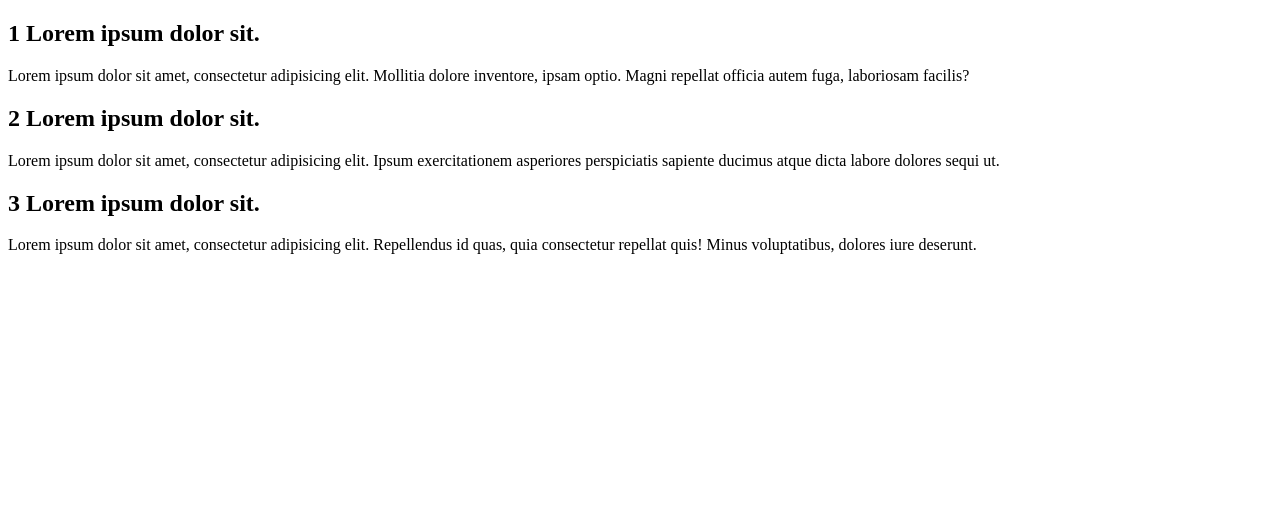
Repository: arcyksionze/zatoka-kamieni
Page: slajder.html
The author's editor kept a copy of each file at every save. The page is drawn from the files as they stood at one save, then again after the next save.
The browser window is 1280 px wide. The pictures show the whole page.

Above is the page before, as saved 2021-04-14 00:03:33.

### slajder.html
<!DOCTYPE html>
<html lang="en">

<head>
  <meta charset="UTF-8">
  <meta http-equiv="X-UA-Compatible" content="IE=edge">
  <meta name="viewport" content="width=device-width, initial-scale=1.0">
  <link rel="stylesheet" href="slajder.css">
  <script src="slajder.js" async></script>
  <title>Slajder</title>
</head>

<body>

  <div class="elements-list" id="slider1">
    <article class="element slider-slide-active">
      <h2 class="element-title">
        1 Lorem ipsum dolor sit.
      </h2>
      <div class="element-text">
        Lorem ipsum dolor sit amet, consectetur adipisicing elit. Mollitia dolore inventore, ipsam optio. Magni repellat
        officia autem fuga, laboriosam facilis?
      </div>
    </article>

    <article class="element">
      <h2 class="element-title">
        2 Lorem ipsum dolor sit.
      </h2>
      <div class="element-text">
        Lorem ipsum dolor sit amet, consectetur adipisicing elit. Ipsum exercitationem asperiores perspiciatis sapiente
        ducimus atque dicta labore dolores sequi ut.
      </div>
    </article>

    <article class="element">
      <h2 class="element-title">
        3 Lorem ipsum dolor sit.
      </h2>
      <div class="element-text">
        Lorem ipsum dolor sit amet, consectetur adipisicing elit. Repellendus id quas, quia consectetur repellat quis!
        Minus voluptatibus, dolores iure deserunt.
      </div>
    </article>

  </div>



</body>

</html>

### slajder.css

/* ----- slider ---- */
.slider {
  position: relative;
  background: #eee;
  background-size: cover;
  background-position: center center;
  display: grid;
  grid-template-columns: 4rem 1fr 4rem;
  grid-template-rows: 1fr;
  height: 700px;
}
.slider-slides-cnt {
  grid-column: 1 / -1;
  grid-row: 1 / -1;
  display: grid;
  grid-template-columns: 1fr;
  grid-template-rows: 1fr;
}
.slider-slide {
  grid-column: 1 / 2;
  grid-row: 1 / 2;
  display: flex;
  justify-content: center;
  align-items: center;
  flex-direction: column;
  opacity:0;
  z-index: 0;
}
.slider-slide-active {
  opacity: 1;
  z-index: 1;
}

.slider .element-title {
  color:#fff;
  font-family: sans-serif;
  position: relative;
  left:-3rem;
  opacity:0;
  font-size:6rem;
  text-transform: uppercase;
  font-weight: normal;
  margin-top:0;
  text-align: center;
  font-family: 'Roboto Condensed', sans-serif;
}
.slider .element-text {
  color:#fff;
  position: relative;
  left:-3rem;
  opacity:0;
  font-size:1.5rem;
  color:rgba(255,255,255,.6);
  padding-left:4rem;
  padding-right:4rem;
  text-align: center;
  font-family: serif;
  font-style: italic;
  max-width:60%;
}

/* animacja */
.slider-slide {
  opacity: 0;
  transition:0.4s all;
}
.slider-slide-active {
  opacity: 1;
}
.slider .element-title {
  left:-3rem;
  opacity:0;
  transition: 2s left, 2s opacity;
}
.slider .element-text {
  left:-3rem;
  opacity:0;
  transition: 2s 1s left, 2s 1s opacity;
}
.slider-slide-active .element-title {
  left:0;
  opacity:1;
}
.slider-slide-active .element-text {
  left:0;
  opacity:1;
}

/* przyciski poprzedni/następny */
.slider-nav {
  grid-column: 1 / -1;
  grid-row: 1 / -1;
  display: grid;
  grid-template-columns: 4rem 1fr 4rem;
  grid-template-rows: 1fr;
}
.slider-button-prev,
.slider-button-next {
  grid-column: 1 / 2;
  grid-row: 1 / 2;
  cursor: pointer;
  z-index: 2;
  background: rgba(0,0,0,0.1);
  border:0;
  text-indent:-999px;
  overflow:hidden;
  position: relative;
  z-index: 1;
}
.slider-button-next {
  grid-column: -1 / -2;
}
.slider-button-prev:focus,
.slider-button-next:focus {
  outline: none;
}
.slider-button-prev:before,
.slider-button-next:before {
  content:'<';
  display: flex;
  justify-content: center;
  align-items: center;
  position: absolute;
  left:0;
  top:0;
  width:100%;
  height:100%;
  font-size:2rem;
  color:#fff;
  text-indent: 0;
}
.slider-button-next:before {
  content: '>';
}

/* stronicowanie */
.slider-pagination {
  z-index: 2;
  position: absolute;
  left:0;
  bottom:1rem;
  margin:0;
  padding:0;
  width:100%;
  display: flex;
  justify-content: center;
  list-style:none;
}
.slider-pagination-element {
}

.slider-pagination-button {
  background: transparent;
  width:2rem;
  height:2rem;
  border:0;
  text-indent:-999px;
  overflow: hidden;
  cursor: pointer;
  position: relative;
}
.slider-pagination-button:before {
  content:'';
  position: absolute;
  left:50%;
  top:50%;
  transform:translate(-50%, -50%);
  background: transparent;
  width:0.9rem;
  height:0.9rem;
  border-radius: 50%;
  transition:0.5s all;
  box-shadow:inset 0 0 0 2px rgba(255,255,255,0.5);
}
.slider-pagination-element-active .slider-pagination-button:before {
  background: #fff;
  transform:translate(-50%, -50%) scale(1.2);
}
.slider-pagination-button:focus {
  outline: none;
}

### slajder.js
class Slider {
  constructor(elemSelector) {
      this.currentSlide = 0; //aktualny slide
      this.sliderSelector = elemSelector; //selektor elementu który zamienimy na slider
      this.elem = null; //tutaj pobierzemy element który zamienimy na slider
      this.slider = null; //tutaj wygenerujemy slider
      this.slides = null; //tutaj pobierzemy slajdy
      this.prev = null; //przycisk prev
      this.next = null; //przycisk next
      this.dots = []; //przyciski kropek
      this.generateSlider();
  }

  generateSlider() {
    //pobieramy element który zamienimy na slider
    this.slider = document.querySelector(this.sliderSelector);
    this.slider.classList.add("slider");

    //tworzymy kontener dla slajdów
    const slidesCnt = document.createElement("div");
    slidesCnt.classList.add("slider-slides-cnt");

    //pobieramy element slajdów
    this.slides = this.slider.children;

    //to jest żywa kolekcja, więc przy przeniesieniu każdego slajda
    //jej długość maleje
    while (this.slides.length) {
        this.slides[0].classList.add("slider-slide");
        //jeżeli element appendujemy do innego elementu
        //to tak jakbyśmy go usuwali z tej kolekcji
        //bo jeden element nie może być równocześnie w 2 miejscach
        slidesCnt.append(this.slides[0]);
    }

    //musimy na nowo pobrać slajdy, bo powyższa kolekcja jest już pusta
    this.slides = slidesCnt.querySelectorAll(".slider-slide");

    //wygenerowaliśmy kontener ze slajdami, wstawiamy go więc do slidera
    this.slider.append(slidesCnt);
}

createPrevNext() {
  //generujemy przycisk "Poprzedni slajd"
  this.prev = document.createElement("button");
  this.prev.type = "button";
  this.prev.innerText = "Poprzedni slide";
  this.prev.classList.add("slider-button");
  this.prev.classList.add("slider-button-prev");
  this.prev.addEventListener("click", this.slidePrev.bind(this));

  //generujemy przycisk "Następny slajd"
  this.next = document.createElement("button");
  this.next.type = "button";
  this.next.innerText = "Następny slide";
  this.next.classList.add("slider-button");
  this.next.classList.add("slider-button-next");
  this.next.addEventListener("click", this.slideNext.bind(this));

  //wrzucamy je do wspólnego diva
  //który dam nam ciut większe możliwości stylowania
  const nav = document.createElement("div");
  nav.classList.add("slider-nav");
  nav.setAttribute("aria-label", "Slider prev next");
  nav.appendChild(this.prev);
  nav.appendChild(this.next);

  //diva z przyciskami wrzucamy do slajdu
  this.slider.appendChild(nav);
}


}

After the next save:
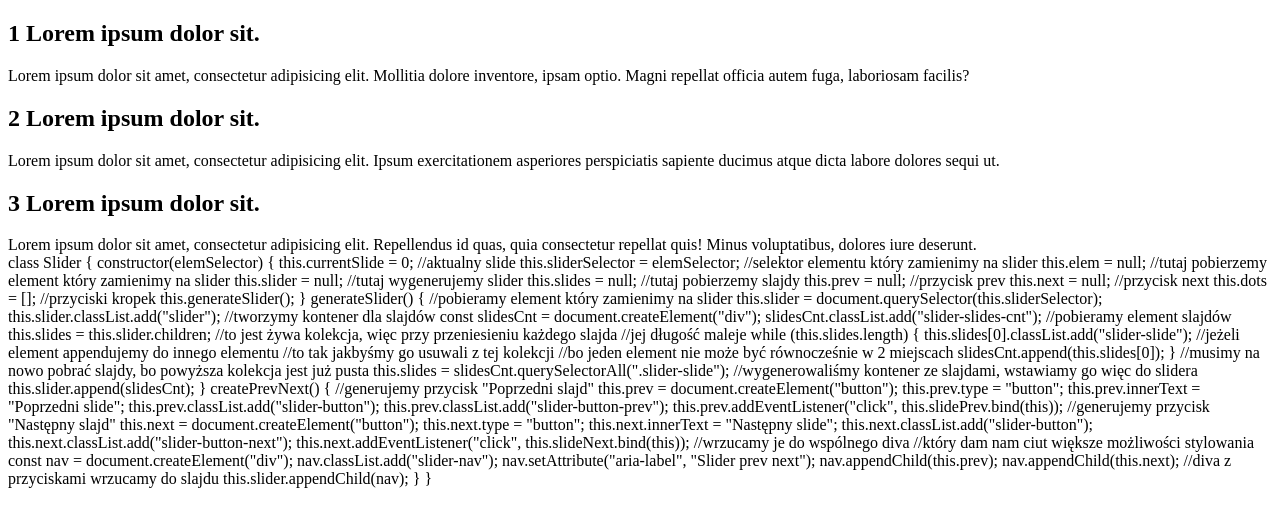
Saved 6 s later.
--- a/slajder.html
+++ b/slajder.html
@@ -45,7 +45,79 @@
 
   </div>
 
+  class Slider {
+    constructor(elemSelector) {
+        this.currentSlide = 0; //aktualny slide
+        this.sliderSelector = elemSelector; //selektor elementu który zamienimy na slider
+        this.elem = null; //tutaj pobierzemy element który zamienimy na slider
+        this.slider = null; //tutaj wygenerujemy slider
+        this.slides = null; //tutaj pobierzemy slajdy
+        this.prev = null; //przycisk prev
+        this.next = null; //przycisk next
+        this.dots = []; //przyciski kropek
+        this.generateSlider();
+    }
 
+    generateSlider() {
+      //pobieramy element który zamienimy na slider
+      this.slider = document.querySelector(this.sliderSelector);
+      this.slider.classList.add("slider");
+
+      //tworzymy kontener dla slajdów
+      const slidesCnt = document.createElement("div");
+      slidesCnt.classList.add("slider-slides-cnt");
+
+      //pobieramy element slajdów
+      this.slides = this.slider.children;
+
+      //to jest żywa kolekcja, więc przy przeniesieniu każdego slajda
+      //jej długość maleje
+      while (this.slides.length) {
+          this.slides[0].classList.add("slider-slide");
+          //jeżeli element appendujemy do innego elementu
+          //to tak jakbyśmy go usuwali z tej kolekcji
+          //bo jeden element nie może być równocześnie w 2 miejscach
+          slidesCnt.append(this.slides[0]);
+      }
+
+      //musimy na nowo pobrać slajdy, bo powyższa kolekcja jest już pusta
+      this.slides = slidesCnt.querySelectorAll(".slider-slide");
+
+      //wygenerowaliśmy kontener ze slajdami, wstawiamy go więc do slidera
+      this.slider.append(slidesCnt);
+  }
+
+  createPrevNext() {
+    //generujemy przycisk "Poprzedni slajd"
+    this.prev = document.createElement("button");
+    this.prev.type = "button";
+    this.prev.innerText = "Poprzedni slide";
+    this.prev.classList.add("slider-button");
+    this.prev.classList.add("slider-button-prev");
+    this.prev.addEventListener("click", this.slidePrev.bind(this));
+
+    //generujemy przycisk "Następny slajd"
+    this.next = document.createElement("button");
+    this.next.type = "button";
+    this.next.innerText = "Następny slide";
+    this.next.classList.add("slider-button");
+    this.next.classList.add("slider-button-next");
+    this.next.addEventListener("click", this.slideNext.bind(this));
+
+    //wrzucamy je do wspólnego diva
+    //który dam nam ciut większe możliwości stylowania
+    const nav = document.createElement("div");
+    nav.classList.add("slider-nav");
+    nav.setAttribute("aria-label", "Slider prev next");
+    nav.appendChild(this.prev);
+    nav.appendChild(this.next);
+
+    //diva z przyciskami wrzucamy do slajdu
+    this.slider.appendChild(nav);
+  }
+
+
+  }
 
 </body>
 

After the 2 saves that followed:
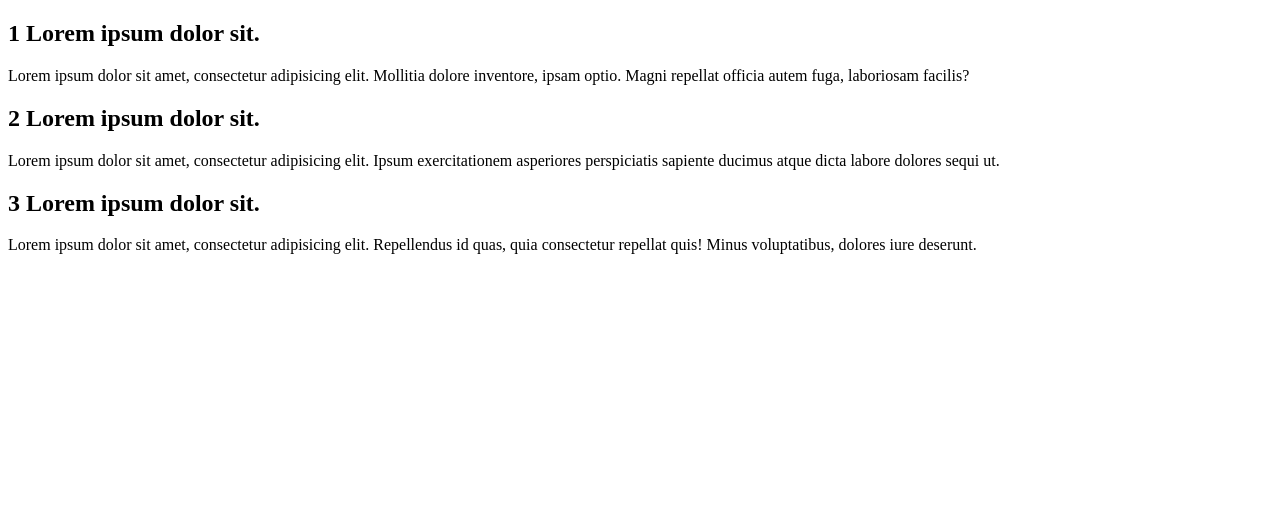
The 2 saves are shown as one change because they came seconds apart.
The last was saved 24 s later.
--- a/slajder.html
+++ b/slajder.html
@@ -45,79 +45,7 @@
 
   </div>
 
-  class Slider {
-    constructor(elemSelector) {
-        this.currentSlide = 0; //aktualny slide
-        this.sliderSelector = elemSelector; //selektor elementu który zamienimy na slider
-        this.elem = null; //tutaj pobierzemy element który zamienimy na slider
-        this.slider = null; //tutaj wygenerujemy slider
-        this.slides = null; //tutaj pobierzemy slajdy
-        this.prev = null; //przycisk prev
-        this.next = null; //przycisk next
-        this.dots = []; //przyciski kropek
-        this.generateSlider();
-    }
 
-    generateSlider() {
-      //pobieramy element który zamienimy na slider
-      this.slider = document.querySelector(this.sliderSelector);
-      this.slider.classList.add("slider");
-
-      //tworzymy kontener dla slajdów
-      const slidesCnt = document.createElement("div");
-      slidesCnt.classList.add("slider-slides-cnt");
-
-      //pobieramy element slajdów
-      this.slides = this.slider.children;
-
-      //to jest żywa kolekcja, więc przy przeniesieniu każdego slajda
-      //jej długość maleje
-      while (this.slides.length) {
-          this.slides[0].classList.add("slider-slide");
-          //jeżeli element appendujemy do innego elementu
-          //to tak jakbyśmy go usuwali z tej kolekcji
-          //bo jeden element nie może być równocześnie w 2 miejscach
-          slidesCnt.append(this.slides[0]);
-      }
-
-      //musimy na nowo pobrać slajdy, bo powyższa kolekcja jest już pusta
-      this.slides = slidesCnt.querySelectorAll(".slider-slide");
-
-      //wygenerowaliśmy kontener ze slajdami, wstawiamy go więc do slidera
-      this.slider.append(slidesCnt);
-  }
-
-  createPrevNext() {
-    //generujemy przycisk "Poprzedni slajd"
-    this.prev = document.createElement("button");
-    this.prev.type = "button";
-    this.prev.innerText = "Poprzedni slide";
-    this.prev.classList.add("slider-button");
-    this.prev.classList.add("slider-button-prev");
-    this.prev.addEventListener("click", this.slidePrev.bind(this));
-
-    //generujemy przycisk "Następny slajd"
-    this.next = document.createElement("button");
-    this.next.type = "button";
-    this.next.innerText = "Następny slide";
-    this.next.classList.add("slider-button");
-    this.next.classList.add("slider-button-next");
-    this.next.addEventListener("click", this.slideNext.bind(this));
-
-    //wrzucamy je do wspólnego diva
-    //który dam nam ciut większe możliwości stylowania
-    const nav = document.createElement("div");
-    nav.classList.add("slider-nav");
-    nav.setAttribute("aria-label", "Slider prev next");
-    nav.appendChild(this.prev);
-    nav.appendChild(this.next);
-
-    //diva z przyciskami wrzucamy do slajdu
-    this.slider.appendChild(nav);
-  }
-
-
-  }
 
 </body>
 
